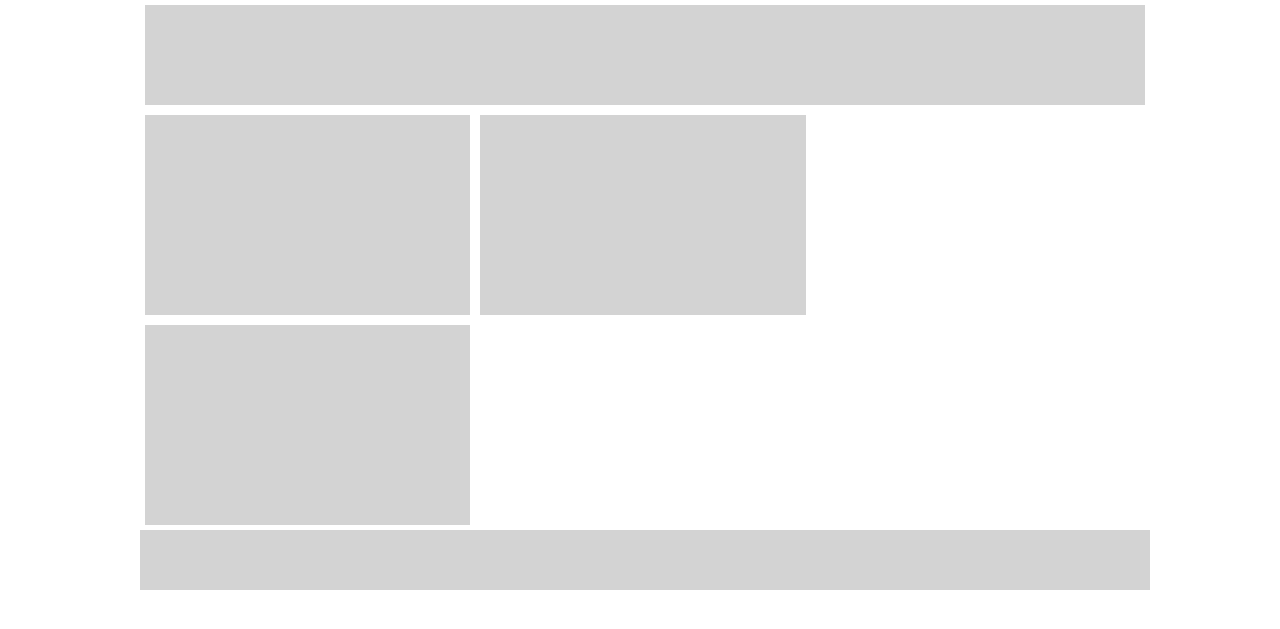
Repository: onopriienkoalina/onopriienkoalina.github.io
Page: dz9_containers/index.html
An editor plug-in stored every save of this project. The page is shown before and after a run of saves, followed by the edit.
The browser window is 1280 px wide. The pictures show the whole page.
The style sheet was rebuilt from its Sass, Less or Tailwind sources for each picture, by a compiler version that may differ from the author's.

Above is the page before, as saved 2021-12-01 18:21:28.

### dz9_containers/index.html
<!DOCTYPE html>
<html lang="en">
<head>
    <meta charset="UTF-8">
    <meta http-equiv="X-UA-Compatible" content="IE=edge">
    <meta name="viewport" content="width=device-width, initial-scale=1.0">
    <title>Document</title>
    <link href="reset.css" rel="stylesheet">
    <link href="css/style.css" rel="stylesheet">
</head>
<body>
    <div class="block1">
<div class="header"></div>
<div class="section"></div>
<div class="section"></div>
<div class="section"></div>
<div class="footer"></div>
</div>
</body>
</html>

### dz9_containers/style.scss

.section{
 float: left;
 width: 32.53%;
 height: 200px;
 margin: 5px;
 background-color: #D3D3D3;
}
.header {
    clear: left;
    width: 100%;
    height: 100px;
    margin: 5px;
    background-color: #D3D3D3;
}
.footer {
    clear: left;
    width: 100%;
    height: 50px;
    padding: 5px;
    background-color: #D3D3D3;
}
.block1 {
    width: 1000px;
    margin: auto;
}

Loaded but not shown: dz9_containers/reset.css (common file)

After the next 3 saves:
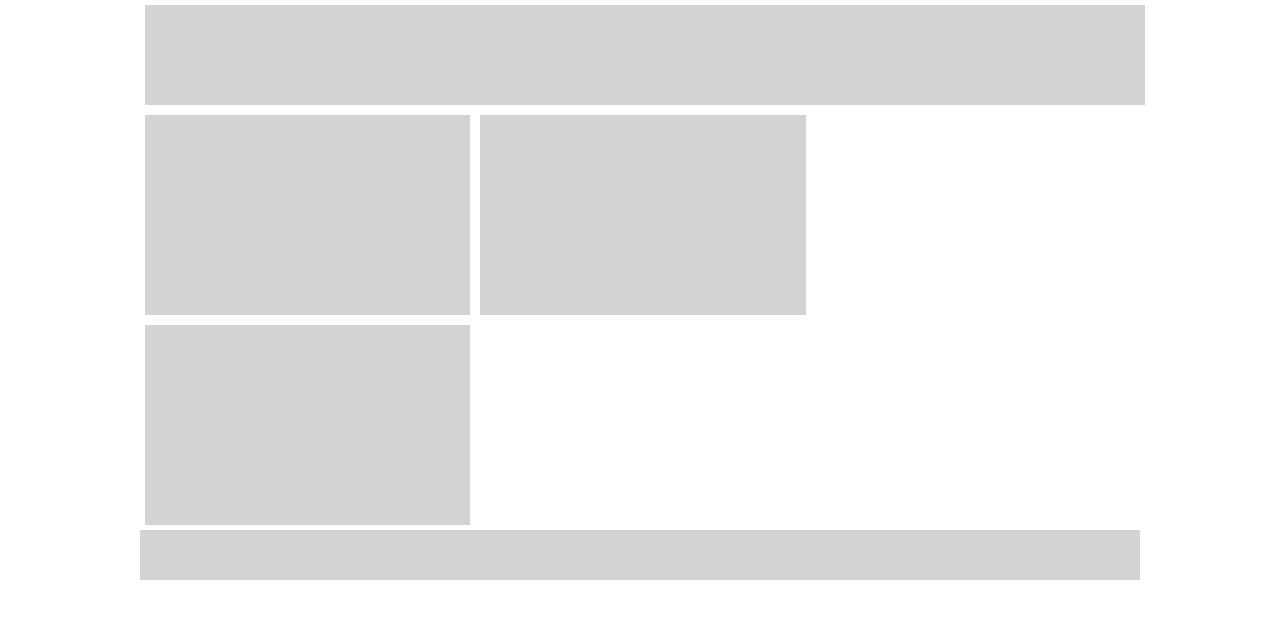
The 3 saves are shown as one change because they came seconds apart.
The last was saved 7 s later.
--- a/dz9_containers/style.scss
+++ b/dz9_containers/style.scss
@@ -17,7 +17,7 @@
     clear: left;
     width: 100%;
     height: 50px;
-    padding: 5px;
+    mar: 5px;
     background-color: #D3D3D3;
 }
 .block1 {
